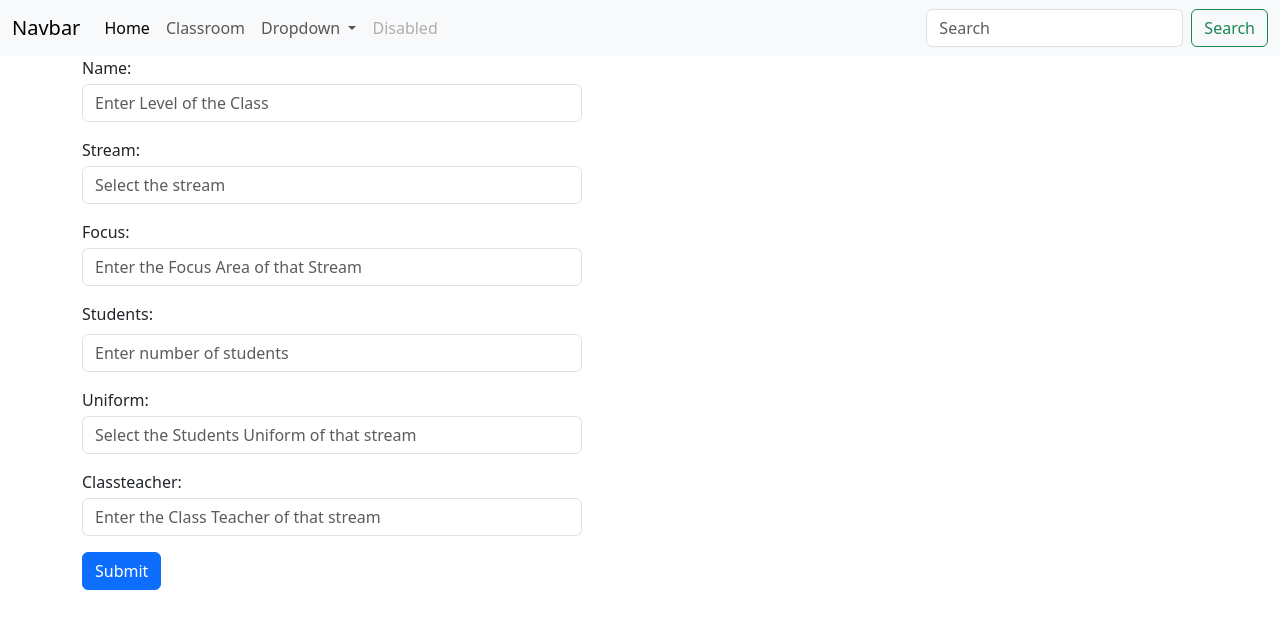
Repository: Mbote-Joseph/Django-Recap
Page: http://localhost/classroom/add
The author's editor kept a copy of each file at every save. The page is drawn from the files as they stood at one save, then again after the next save.
The browser window is 1280 px wide. The pictures show the whole page.
The page is served by the project's application, run on Django 5.2 (manage.py).

Above is the page before, as saved 2025-12-15 21:38:57.

After the next save:
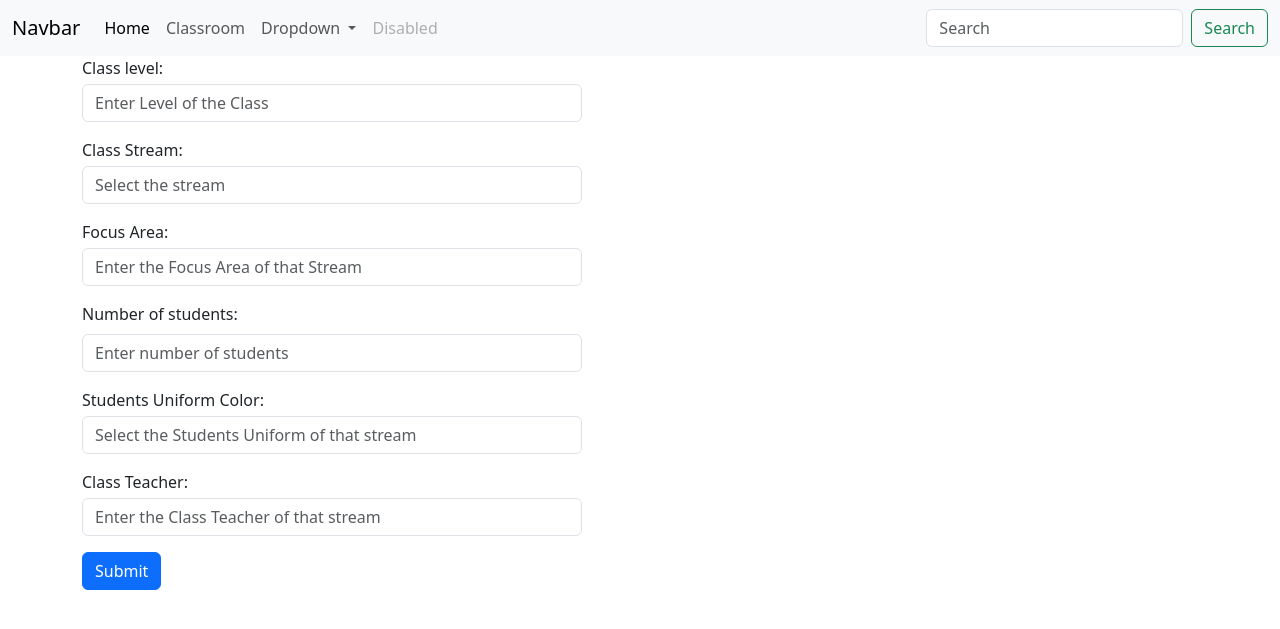
Saved 2 min 21 s later.
--- a/school/classroom/forms.py
+++ b/school/classroom/forms.py
@@ -53,3 +53,12 @@ class ClassroomForm(forms.ModelForm):
                 'style': 'max-width:500px'
             })
         }
+
+        labels = {
+            'name': "Class level",
+            'stream': "Class Stream",
+            'focus': 'Focus Area',
+            'students': 'Number of students',
+            'uniform': 'Students Uniform Color',
+            'classteacher': "Class Teacher"
+        }
